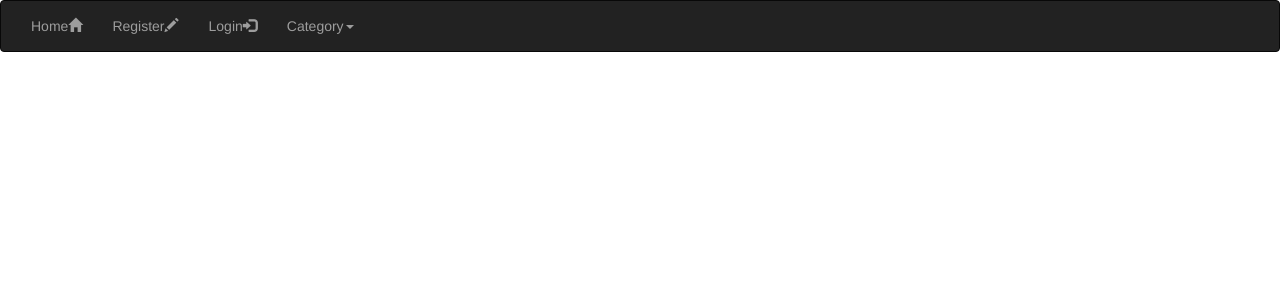
Repository: mozhulungdsuo/Task3
Page: http://localhost/DynamicWebsite/
An editor plug-in stored every save of this project. The page is shown before and after the next save, followed by the edit.
The browser window is 1280 px wide. The pictures show the whole page.
Some web libraries are served in a nearby version. The page is served by Tomcat 9.

Above is the page before, as saved 2018-01-11 04:07:50.

### DynamicWebsite/WebContent/index.jsp
<%@ page language="java" contentType="text/html; charset=ISO-8859-1"
    pageEncoding="ISO-8859-1"%>
<!DOCTYPE html PUBLIC "-//W3C//DTD HTML 4.01 Transitional//EN" "http://www.w3.org/TR/html4/loose.dtd">
<html>
<head>
<meta http-equiv="Content-Type" content="text/html; charset=ISO-8859-1">
<title>Insert title here</title>
<meta name="viewport" content="width=device-width, initial-scale=1">
  <link rel="stylesheet" href="https://maxcdn.bootstrapcdn.com/bootstrap/3.3.7/css/bootstrap.min.css">
  <script src="https://ajax.googleapis.com/ajax/libs/jquery/3.2.1/jquery.min.js"></script>
  <script src="https://maxcdn.bootstrapcdn.com/bootstrap/3.3.7/js/bootstrap.min.js"></script>
</head>
<nav class="navbar navbar-inverse">
  <div class="container-fluid">
  <ul class="nav navbar-nav">
   <li><a href="#">Home<span class="glyphicon glyphicon-home"></span></a></li>
   <li><a href="#">Register<span class="glyphicon glyphicon-pencil"></span></a></li>
   <li><a href="#">Login<span class="glyphicon glyphicon-log-in"></span></a></li>
   <li class="dropdown"><a class="dropdown-toggle" data-toggle="dropdown" href="#">Category<span class="caret"></span></a>
        <ul class="dropdown-menu">
          <li><a href="#">Jeans</a></li>
          <li><a href="#">Shirts</a></li>
          <li><a href="#">Shoes</a></li>
        </ul>
        </li>
    </ul>
    </div>
    </nav>
<body>

</body>
</html>

After the next save:
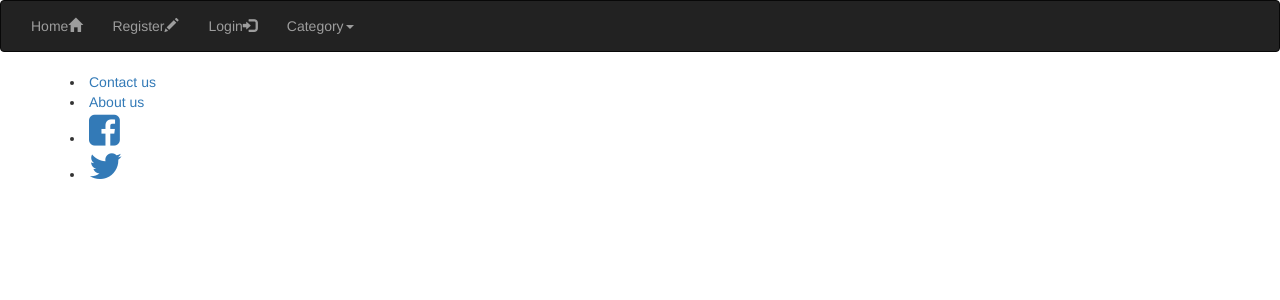
Saved 11 min 14 s later.
--- a/DynamicWebsite/WebContent/index.jsp
+++ b/DynamicWebsite/WebContent/index.jsp
@@ -7,6 +7,7 @@
 <title>Insert title here</title>
 <meta name="viewport" content="width=device-width, initial-scale=1">
   <link rel="stylesheet" href="https://maxcdn.bootstrapcdn.com/bootstrap/3.3.7/css/bootstrap.min.css">
+  <link rel="stylesheet" href="https://cdnjs.cloudflare.com/ajax/libs/font-awesome/4.7.0/css/font-awesome.min.css">
   <script src="https://ajax.googleapis.com/ajax/libs/jquery/3.2.1/jquery.min.js"></script>
   <script src="https://maxcdn.bootstrapcdn.com/bootstrap/3.3.7/js/bootstrap.min.js"></script>
 </head>
@@ -26,6 +27,16 @@
     </ul>
     </div>
     </nav>
+
+    <footer class="footer">
+      <div class="container">
+      <li><a href="#">Contact us</a></li>
+      <li><a href="#">About us</a></li>
+      <li><a href="#"><i class="fa fa-facebook-square" style="font-size:36px"></i></a></li>
+      <li><a href="#"><i class="fa fa-twitter" style="font-size:36px"></i></a></li>
+
+      </div>
+    </footer>
 <body>
 
 </body>
